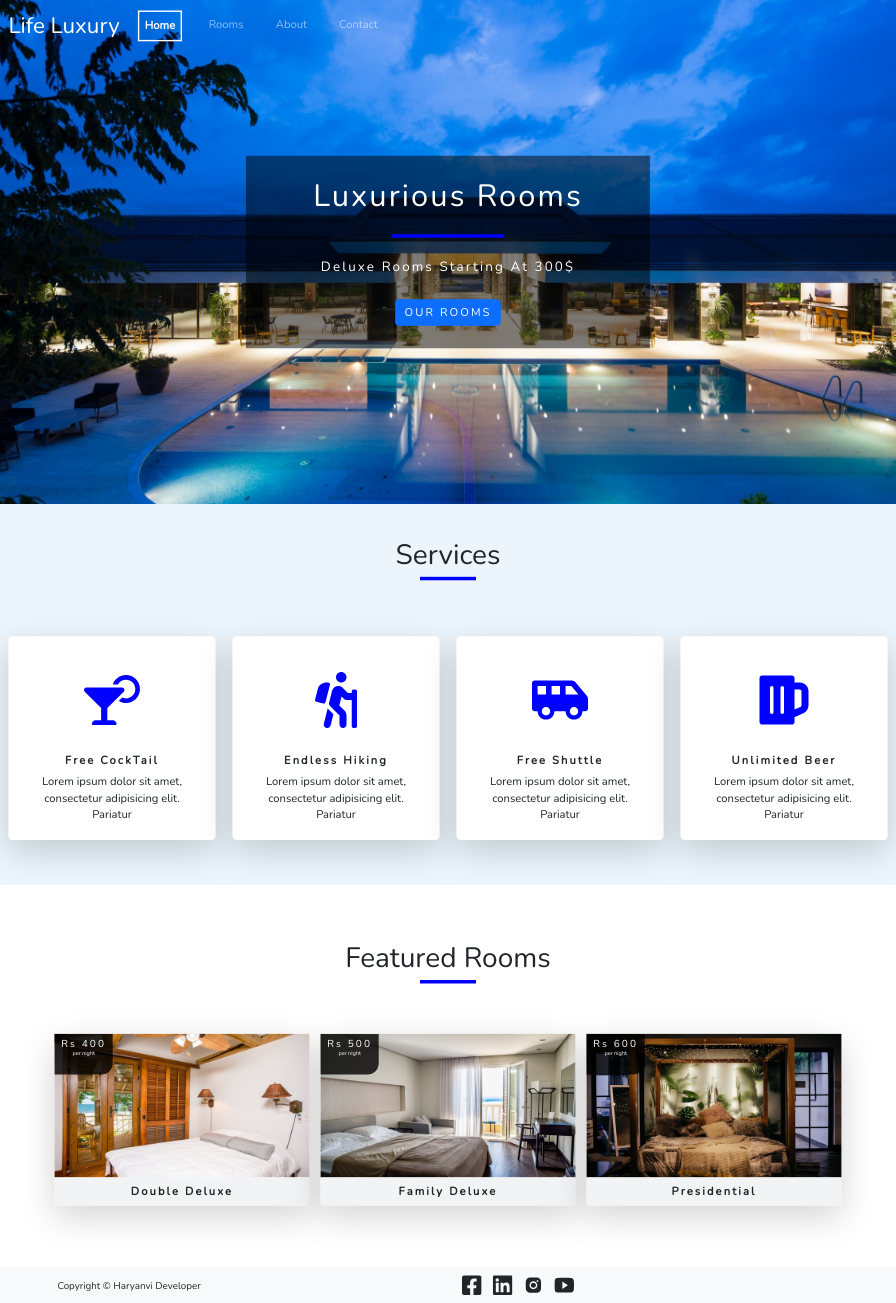
Repository: OmniaRafat232111121/Hotel-Booking-App
Page: /
These files come from the project's save history. The page is drawn as it stood at one moment and after a run of saves; the edit follows.
The browser window is 1280 px wide. The pictures show the whole page, at 70% of full size.
The project was rebuilt for these pictures with package versions that can differ from the ones it lists, and the page was loaded fresh each time. A package was used in the major version that the imports need, not the one package.json lists. Also part of the build but not shown: src/components/RoomsFilter.jsx, src/components/RoomsList.jsx, src/components/RoomsContainer.jsx, src/pages/Rooms.jsx, src/components/StyledHero.jsx, src/pages/SingleRoom.jsx, src/pages/Error.jsx, src/pages/About.jsx and 2 more.

Above is the page before, as saved 2022-07-29 21:40:42.

### public/index.html
<!DOCTYPE html>
<html lang="en">
  <head>
    <meta charset="utf-8" />
    <link rel="icon" href="%PUBLIC_URL%/favicon.ico" />
    <meta name="viewport" content="width=device-width, initial-scale=1" />
    <meta name="theme-color" content="#000000" />
    <meta
      name="description"
      content="Web site created using create-react-app"
    />
    <link rel="apple-touch-icon" href="%PUBLIC_URL%/logo192.png" />
    <link rel="manifest" href="%PUBLIC_URL%/manifest.json" />
    <title>Hotel Room Booking React app</title>
    <link href="https://fonts.googleapis.com/css2?family=Nunito&display=swap" rel="stylesheet">
  </head>
  <body>
    <noscript>You need to enable JavaScript to run this app.</noscript>
    <div id="root"></div>
  </body>
</html>

### src/index.js
import React from 'react';
import ReactDOM from 'react-dom';
import App from './App';
import './index.css'
import * as serviceWorker from './serviceWorker';
import {RoomProvider} from './context'
ReactDOM.render(
  <React.StrictMode>
  <RoomProvider>
     <App />
  </RoomProvider>
  </React.StrictMode>,
  document.getElementById('root')
);

serviceWorker.unregister();

### src/App.js
import React from 'react';
import './App.css';
import '../node_modules/bootstrap/dist/css/bootstrap.min.css';
import '../node_modules/bootstrap/dist/js/bootstrap.min.js';
import { BrowserRouter, Route, Switch } from "react-router-dom";
import Home from './pages/Home';
import Rooms from './pages/Rooms';
import SingleRoom from './pages/SingleRoom';
import Error from './pages/Error';
import Navbar from './components/Navbar';
import About from './pages/About';
import Footer from './components/Footer';
import Contact from './pages/Contact';
import Booknow from './pages/Booknow';

function App() {
  return (
    <div className="App">
      <BrowserRouter>
        <Navbar/>
        <Switch>
          <Route exact path="/" component={Home} />
          <Route exact path="/about" component={About} />
          <Route exact path="/contact" component={Contact} />
          <Route exact path="/rooms/" component={Rooms}/>
          <Route exact path="/rooms/:slug" component={SingleRoom} />
          <Route exact path="/booknow/:slug" component={Booknow} />
          <Route component={Error}/>
        </Switch>
        <Footer/>
      </BrowserRouter>
    </div>
  );
}

export default App;

### src/App.css
@import url('https://fonts.googleapis.com/css2?family=Nunito&display=swap');
body {
  margin: 0;
  padding: 0;
  font-family: 'Nunito', sans-serif;
}
* {
  margin: 0;
  padding: 0;
  box-sizing: border-box;
}
:root {
  --primaryColor: #0000ff;
  --mainWhite: #fff;
  --offWhite: #f7f7f7;
  --mainBlack: #222;
  --mainGrey: #ececec;
  --darkGrey: #cfcfcf;
  --mainTransition: all 0.3s linear;
  --mainSpacing: 3px;
  --lightShadow: 2px 5px 3px 0px rgba(0, 0, 0, 0.5);
  --darkShadow: 4px 10px 5px 0px rgba(0, 0, 0, 0.5);
}
/* globals */
h1 {
  font-size: 3em;
  line-height: 1;
  margin-bottom: 0.5em;
}
h2 {
  font-size: 2em;
  margin-bottom: 0.75em;
}
h3 {
  font-size: 1.5em;
  line-height: 1;
  margin-bottom: 1em;
}
h4 {
  font-size: 1.2em;
  line-height: 1.25;
  margin-bottom: 1.25em;
}
h5 {
  font-size: 1em;
  font-weight: bold;
  margin-bottom: 1.5em;
}
h6 {
  font-size: 1em;
  font-weight: bold;
  margin-bottom: 1.5em;
}

.btn-primary {
  display: inline-block;
  text-decoration: none;
  letter-spacing: var(--mainSpacing);
  color: var(--mainBlack);
  background: var(--primaryColor);
  padding: 0.4rem 0.9rem;
  border: 3px solid var(--primaryColor);
  transition: var(--mainTransition);
  text-transform: uppercase;
  cursor: pointer;
}
.btn-warning {
  display: inline-block;
  text-decoration: none;
  letter-spacing: var(--mainSpacing);
  color: var(--mainBlack);
  background: var(--primaryColor);
  padding: 0.4rem 0.9rem;
  border: 3px solid var(--primaryColor);
  transition: var(--mainTransition);
  text-transform: uppercase;
  cursor: pointer;
}
.btn-primary:hover{
  text-decoration: none;
  background: transparent!important;
  color: #fff!important;
}
.btn-warning:hover{
  text-decoration: none;
  background: transparent!important;
  color: yellow!important;
}
.loading {
  text-transform: capitalize;
  text-align: center;
  margin-top: 3rem;
}
.roomerror{
  margin-top: 100px;
}
.roomerror:hover .error{
  background-color: #2C3E50;
  color: #ffffff!important;
}
.error {
  text-align: center;
  text-transform: uppercase;
  margin: 2rem 0;
}
.empty-search {
  text-align: center;
  text-transform: capitalize;
  margin: 2rem 0;
  padding: 1rem;
  letter-spacing: var(--mainSpacing);
}

/* end of globals */
/* Navbar */
.nav-link{
  padding: 8px 15px;
  margin-left: 10px;
  margin-right: 20px;
  font-size: 18px;
  text-align: center;
  border: 2px solid transparent;
  transition: .5s linear;
  font-weight: 800;
  -webkit-transition: .5s linear;
  -moz-transition: .5s linear;
  -ms-transition: .5s linear;
  -o-transition: .5s linear;
}
.bg-transparent.scrolled {
  background-color: black!important;
  transition:500ms ease;
}

.navbar-brand{
  font-size: 32px!important;
  color: #ffffff!important;
}
.nav-link:hover{
  color: #ffffff;
  border-bottom: 2px solid #ffffff;
}
.nav-link.active_class{
color: #ffffff;
border: 2px solid #ffffff;
font-weight: 800;
}

.form-control{
border: 2px solid #000;
}
.form-control:focus,
.form-control.active {
  border: 2px solid #000000!important;
}
textarea:focus,
textarea.form-control:focus,
input.form-control:focus,
input[type=text]:focus,
input[type=password]:focus,
input[type=email]:focus,
input[type=number]:focus,
[type=text].form-control:focus,
[type=password].form-control:focus,
[type=email].form-control:focus,
[type=tel].form-control:focus,
[contenteditable].form-control:focus {
box-shadow: inset 0 -1px 0 #ddd;
}


/* end of navbar */
/* Hero */
.defaultHero,
.roomsHero {
  min-height: calc(100vh - 0px);
  background: url("./images/defaultBcg.jpg") center/cover no-repeat;
  display: flex;
  align-items: center;
  justify-content: center;
  position: relative;
}
.roomsHero {
  background-image: url("./images/room-2.jpg");
  min-height: calc(100vh - 0px);
}
.singleRoom {
  background-image: url("./images/room-3.jpeg");
  min-height: calc(100vh - 0px);
}
.roomsError{
  background-image: url("./images/error.jpg");
  min-height: calc(100vh - 0px);
}
.lost{
  font-size: 44px;
  color: yellow;
  text-align: center;
}
/* End of Hero */
/* Banner */
.banner {
  display: inline-block;
  position: absolute!important;
  background: rgba(0, 0, 0, 0.5)!important;
  color: var(--mainWhite);
  text-align: center;
  text-transform: capitalize;
  letter-spacing: var(--mainSpacing);
  top: 50%;
  left: 50%;
  transform: translate(-50%, -50%);
}
.banner h1 {
  font-size: 44px!important;
}
.banner div {
  width: 10rem;
  height: 5px;
  background: var(--primaryColor);
  margin: 1.7rem auto;
}
.banner p {
  font-size: 1.2rem;
  margin-bottom: 2rem;
}
@media screen and (max-width: 576px) {
  .banner {
    padding: 2rem 3rem!important
  }
  .banner h1 {
    font-size: 32px!important;
  }
}
@media screen and (min-width: 992px) {
  .banner {
    padding: 2rem 6rem;
  }
  .banner h1 {
    font-size: 4rem;
  }
}
/* End of Banner */
/* Title */
.section-title {
  text-align: center;
  margin-bottom: 4rem;
}
.section-title h4 {
  font-size: 2rem;
  letter-spacing: var(--mainSpacing);
  text-transform: capitalize;
  margin-bottom: 1rem;
}
.section-title div {
  width: 5rem;
  height: 5px;
  margin: 0 auto;
  background: var(--primaryColor);
}
/* end of Title */

/* services */
.services {
  padding: 3rem 0;
}
.services {
  background: #EBF5FB;
  text-align: center;
}

.service span {
  display: inline-block;
  color: var(--primaryColor);
  font-size: 80px;
  margin-bottom: 1.5rem;
  transition: 1s linear;
  -webkit-transition: 1s linear;
  -moz-transition: 1s linear;
  -ms-transition: 1s linear;
  -o-transition: 1s linear;
}
.services span:hover{
  transform: rotate(360deg);
  -webkit-transform: rotate(360deg);
  -moz-transform: rotate(360deg);
  -ms-transform: rotate(360deg);
  -o-transform: rotate(360deg);
}
.services h6 {
  letter-spacing: var(--mainSpacing);
  font-weight: 1000;
  text-transform: capitalize;
}
.services p {
  width: 80%;
  margin: 0 auto;
}
@media screen and (min-width: 992px) {
  .services-center {
    width: 95vw;
    max-width: 1170px;
  }
}

@media screen and (min-width: 1200px) {
  .services p {
    width: 100%;
  }
}
/*end of services */
/* featured rooms */

.featured-rooms {
  padding: 5rem 0;
}

/* end pf featured rooms */
/* room */
.room {
  transition: 0.4s linear;
  -webkit-transition: 0.4s linear;
  -moz-transition: 0.4s linear;
  -ms-transition: 0.4s linear;
  -o-transition: 0.4s linear;
  position: relative;
}
.room:hover {
  box-shadow: 0px 9px 18px rgba(0, 0, 0, 0.5)!important;
}

.price-top {
  position: absolute;
  top: 0;
  left: 0;
  background: rgba(0, 0, 0, 0.8);
  color: var(--mainWhite);
  padding: 0.3rem 0.6rem 0.5rem;
  border-bottom-right-radius: 1rem;
  font-size: 0.5rem;
  text-align: center;
  transition: 0.4s linear;
  -webkit-transition: 0.4s linear;
  -moz-transition: 0.4s linear;
  -ms-transition: 0.4s linear;
  -o-transition: 0.4s linear;
}
.price-top h6 {
  margin-bottom: 0;
  font-size: 0.9rem;
  font-weight: 300;
  letter-spacing: var(--mainSpacing);
}
.room-link {
  position: absolute;
  bottom: 0;
  right: 0;
  opacity: 0;
  transition: all 0.3s linear;
}
.room:hover {
  background: rgba(0, 0, 0, 0.8);
}
.room:hover img {
  opacity: 0.3;
}
.room:hover .price-top {
  opacity: 0;
}
.room:hover .room-link {
  opacity: 1;
  transform: translate(-90%, -200%) scale(1);
  -webkit-transform: translate(-90%, -200%) scale(1);
  -moz-transform: translate(-90%, -200%) scale(1);
  -ms-transform: translate(-90%, -200%) scale(1);
  -o-transform: translate(-90%, -200%) scale(1);
}
.room-info {
  background: #F2F3F4;
  text-transform: capitalize;
  padding: 0.5rem 0;
  text-align: center;
  font-weight: 700;
  letter-spacing: var(--mainSpacing);
  margin-bottom: 0;
}
/* end of room  */
/* single room*/

.single-room {
  padding: 5rem 0 0 0;
}
.single-room-images {
  width: 80vw;
  margin: 0 auto;
  display: grid;
  grid-template-columns: repeat(auto-fit, minmax(350px, 1fr));
  grid-row-gap: 2rem;
  grid-column-gap: 50px;
}
.single-room-images img {
  width: 100%;
  display: block;
}
.single-room-info {
  width: 80vw;
  display: grid;
  grid-template-columns: 1fr;
  margin: 2rem auto;
}
.desc,
.info {
  margin: 1rem 0;
}
.desc h3 {
  text-transform: capitalize;
  letter-spacing: var(--mainSpacing);
}
.desc p {
  line-height: 1.5;
}
.info h3,
.info h6 {
  text-transform: capitalize;
  letter-spacing: var(--mainSpacing);
}

.info h6 {
  font-weight: 300;
}
.room-extras {
  width: 80vw;
  margin: 0 auto 3rem auto;
}
.room-extras h6 {
  text-transform: capitalize;
  letter-spacing: var(--mainSpacing);
}
.extras {
  list-style-type: none;
  display: grid;
  grid-template-columns: repeat(auto-fit, minmax(330px, 1fr));
  grid-column-gap: 2rem;
  grid-row-gap: 1rem;
}
@media screen and (min-width: 992px) {
  .single-room-images,
  .single-room-info,
  .room-extras {
    width: 95vw;
    max-width: 1170px;
  }
  .single-room-info {
    display: grid;
    grid-template-columns: 1fr 1fr;
    grid-column-gap: 2rem;
  }
  .info {
    padding-left: 3rem;
  }
}
/* end of single room*/
/* roomlist */
.roomslist {
  padding: 5rem 0;
}
.roomslist-center {
  width: 80vw;
  margin: 0 auto;
  display: grid;
  grid-template-columns: repeat(auto-fill, minmax(270px, 1fr));
  grid-row-gap: 2rem;
  grid-column-gap: 30px;
}

@media screen and (min-width: 776px) {
  .roomslist-center {
    width: 90vw;
  }
}
@media screen and (min-width: 992px) {
  .roomslist-center {
    width: 95vw;
    max-width: 1170px;
  }
}
/* end of roomlist */
/*  rooms fitler*/
/* .filter-container {
  padding: 5rem 0;
}

.form-group {
  text-transform: capitalize;
}
.form-group label {
  display: block;
  letter-spacing: var(--mainSpacing);
  margin-bottom: 0.5rem;
} */

.single-extra label {
  display: inline-block;
  font-size: 0.8rem;
  margin-left: 0.5rem;
}

/* end of rooms fitler*/

/* aboutus */

.aboutus,.contact{
  margin-top: 100px!important;
}
.about_company,.team{
  padding: 60px 30px;
}
.about_info{
  letter-spacing: 40;
}
.carousel-inner{
  min-height: 400px!important;
  max-height: 400px!important;
}
.connect{
  font-size: 44px!important;
  padding: 5px 8px;
}
/* end of about us */

### src/pages/Home.jsx
import React from 'react'
import Hero from '../components/Hero';
import Banner from '../components/Banner';
import { Link } from 'react-router-dom';
import Services from '../components/Services';
import FeaturedRooms from '../components/FeaturedRooms';

export default function Home() {
    return (
        <>
         <Hero hero="defaultHero">
     </Hero>
        <Banner title="Luxurious Rooms" subtitle="deluxe rooms starting at 300$">
                <Link to="/rooms" className="btn btn-primary">
                      Our Rooms
                </Link>
        </Banner>
        <Services/>
        <FeaturedRooms/>
        </>

    )
}

### src/components/Navbar.jsx
import React from 'react';
import {NavLink} from 'react-router-dom';
import { FaAlignRight } from 'react-icons/fa';
import jquery from 'jquery';

// for changing navbar  color
jquery(window).scroll(function() {
jquery('nav').toggleClass('scrolled', jquery(this).scrollTop() > 0);
})

const Navbar = () => {
    return (
    <>
        <nav className="navbar navbar-expand-sm navbar-dark bg-transparent py-2 fixed-top">
            <div className="container-fluid ">
                <span className="navbar-brand font-weight-bolder">Life Luxury</span>
                <a href="void(0)" className="navbar-toggler border-0" data-toggle="collapse" data-target="#navbarSupportedContent" aria-controls="navbarSupportedContent" aria-expanded="false" aria-label="Toggle navigation">
                    <span>
                        <FaAlignRight className="nav-icon" /></span>
                </a>
                <div className="collapse navbar-collapse" id="navbarSupportedContent">
                    <ul className="navbar-nav ml-auto">
                        <li className="nav-item">
                            <NavLink className="nav-link" activeClassName="active_class" exact to="/">Home</NavLink>
                        </li>
                        <li className="nav-item">
                            <NavLink className="nav-link" activeClassName="active_class" exact to="/rooms">Rooms</NavLink>
                        </li>
                        <li className="nav-item">
                            <NavLink className="nav-link" activeClassName="active_class" exact to="/about">About</NavLink>
                        </li>
                        <li className="nav-item">
                            <NavLink className="nav-link" activeClassName="active_class" exact to="/contact">Contact</NavLink>
                        </li>
                    </ul>
                </div>
            </div>
        </nav>
    </>
    );
}
export default Navbar;

### src/components/Footer.jsx
import React from 'react'
import { FaFacebookSquare,FaLinkedin } from 'react-icons/fa';
import {IoLogoYoutube} from 'react-icons/io';
import { AiFillInstagram } from 'react-icons/ai';

const Footer = () => {
    return (
        <footer id="sticky-footer" className="bg-light text-dark-50">
            <div className="container py-1">
                <div className="row">
                    <div className="col-md-6 col-12 my-auto">
                        <small>Copyright &copy; Haryanvi Developer</small>
                    </div>
                    <div className="col-md-6 col-12">
                        <div className="d-flex float-right">
                            <a href="https://www.facebook.com/HaryanviDeveloper/">
                                <FaFacebookSquare className="connect text-dark" /></a>
                            <a href="https://www.linkedin.com/in/lekhraj-kashyap-b1aa15139/">
                                <FaLinkedin className="connect text-dark" /></a>
                            <a href="https://www.instagram.com/haryanvideveloper_official/">
                                <AiFillInstagram className="connect text-dark" /></a>
                            <a href="https://www.youtube.com/channel/UCDGDXevsQo67KVkmjrd9ruQ?view_as=subscriber">
                                <IoLogoYoutube className="connect text-dark" /></a>
                        </div>
                    </div>
                </div>
            </div>
        </footer>
    )
}
export default Footer

### src/components/Hero.jsx
import React from 'react'

export default function Hero({childern, hero}) {
    return <header className={hero}>{childern}</header>;

}

Hero.defaulProps ={
    hero:"defaultHero"
};

### src/components/Banner.jsx
import React from 'react'

export default function Banner({ children , title , subtitle  }) {
    return (
        <div className="banner">
            <h1>{title}</h1>
            <div/>
            <p>{subtitle}</p>
            {children}
        </div>
    )
}

### src/components/Services.jsx
import React, { Component } from 'react'
import Title from './Title'
import {FaCocktail, FaHiking , FaShuttleVan,FaBeer} from 'react-icons/fa'

export default class Services extends Component {
    state={
        services:[
            {
                icon:<FaCocktail/>,
                title: "Free CockTail",
                info: "Lorem ipsum dolor sit amet, consectetur adipisicing elit. Pariatur"
            },
            {
                icon:<FaHiking/>,
                title: "Endless Hiking",
                info: "Lorem ipsum dolor sit amet, consectetur adipisicing elit. Pariatur"
            },
            {
                icon:<FaShuttleVan/>,
                title: "Free Shuttle",
                info: "Lorem ipsum dolor sit amet, consectetur adipisicing elit. Pariatur"
            },
            {
                icon:<FaBeer/>,
                title: "Unlimited Beer",
                info: "Lorem ipsum dolor sit amet, consectetur adipisicing elit. Pariatur"
            },

        ]
    }
    render() {
        return (
            <div className="container-fluid services">
             <Title title="Services" />
                <div className="row">
                   {this.state.services.map((item, index) => {
                      return(
                        <div className="col-md-4 col-lg-3 col-12 mx-auto my-3" key={index}>
                            <div className="card shadow-lg border-0 p-4">
                                <article className="service">
                                <span>{item.icon}</span>
                                <h6>{item.title}</h6>
                                <p>{item.info}</p>
                                </article>
                           </div>
                        </div>
                      )
                   })}
                </div>
            </div>
        )
    }
}

### src/components/FeaturedRooms.jsx
import React, { Component } from 'react'
import { RoomContext } from '../context'
import Loading from './Loading';
import Room from './Room';
import Title from './Title';

export default class FeaturedRooms  extends Component {
    static contextType = RoomContext;
    render() {
        let { loading, featuredRooms : rooms } = this.context;
        console.log(rooms);
        rooms = rooms.map(room => {
            return <Room key={room.id} room={room}/>
        });
        return (

            <section className="featured-rooms container">
                <Title  title="Featured Rooms" />
                <div className="row">
                  {loading ? <Loading/> : rooms}
                </div>
            </section>
        )
    }
}

### src/components/Title.jsx
import React from 'react'

export default function Title({title}) {
    return (
        <div className="section-title">
            <h1>{title}</h1>
            <div/>
        </div>
    )
}

### src/components/Loading.js
import React from 'react'
import loadingGif from '../images/gif/loading-arrow.gif';
export default function Loading() {
    return (
        <div className="loading">
           <h4>Rooms data loading...</h4>
           <img  src={loadingGif} alt="loading please wait"/>
        </div>
    )
}

### src/components/Room.jsx
import React from 'react';
import {Link} from 'react-router-dom';
import defaultImg from '../images/room-1.jpeg';
import PropTypes from 'prop-types';

export default function Room({room}) {
    const { name , slug, images, price } = room;
    return (
        <div className="col-md-4 col-12 mx-auto p-2">
            <div className="card shadow-lg border-0 room">
                <img src={images[0] || defaultImg} alt="single room" className="img-fluid"/>
                <div className="price-top">
                    <h6>Rs {price}</h6>
                    <p>per night</p>
                </div>
                <Link to={`/rooms/${slug}`} className="btn-warning room-link text-center" >Features</Link>
              <p className="room-info">{name}</p>
            </div>
        </div>
    )
}

Room.propTypes = {
    room: PropTypes.shape({
        name:PropTypes.string.isRequired,
        slug:PropTypes.string.isRequired,
        images:PropTypes.arrayOf(PropTypes.string).isRequired,
        price:PropTypes.number.isRequired,
    })
}

Loaded but not shown: src/index.css (common file); src/data.js (760 lines, source omitted); src/serviceWorker.js (130 lines, source omitted); src/context.js (116 lines, source omitted)

After the next 2 saves:
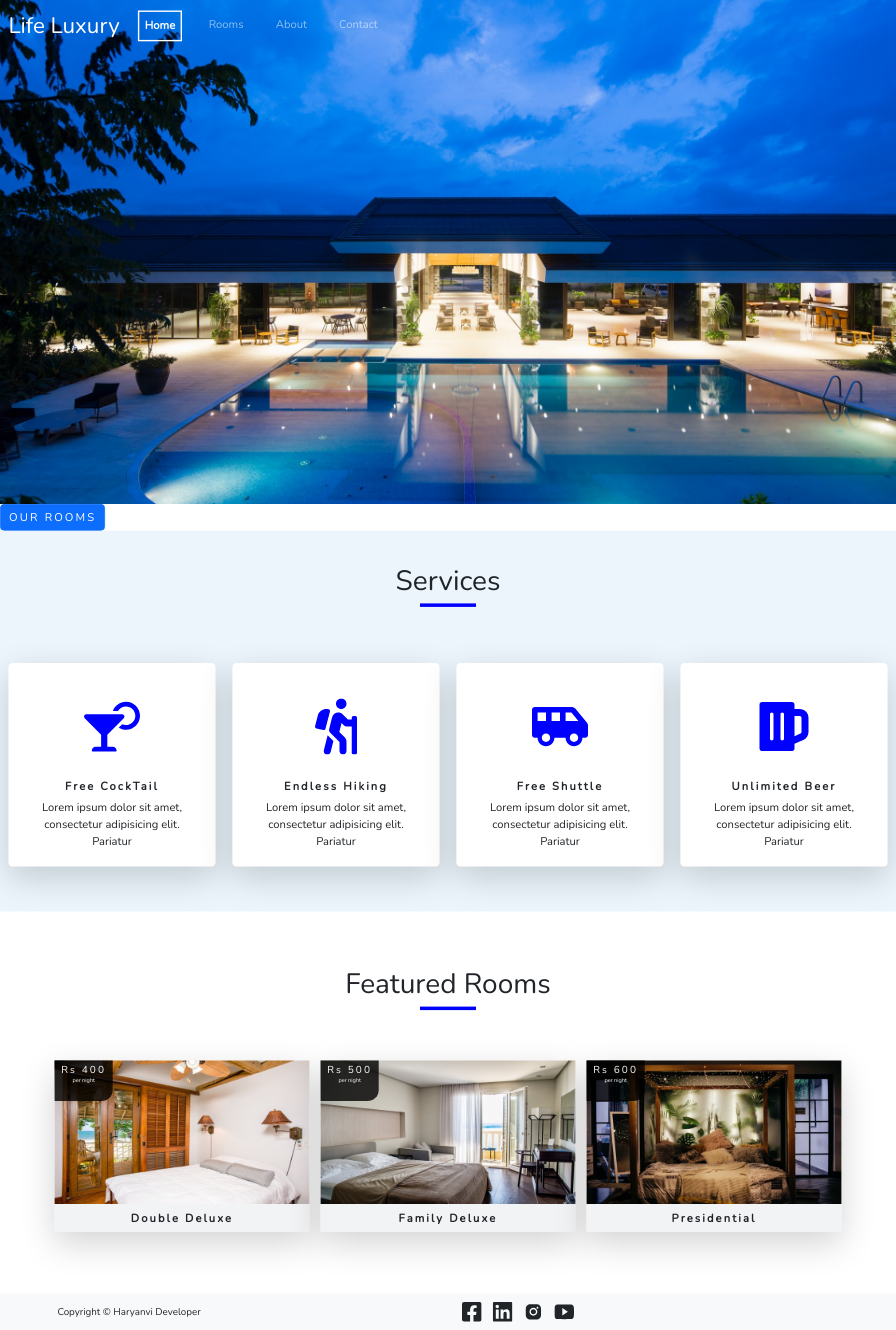
The 2 saves are shown as one change because they came seconds apart.
The last was saved 53 s later.
--- a/src/pages/Home.jsx
+++ b/src/pages/Home.jsx
@@ -10,11 +10,11 @@ export default function Home() {
         <>
          <Hero hero="defaultHero">
      </Hero>
-        <Banner title="Luxurious Rooms" subtitle="deluxe rooms starting at 300$">
+
                 <Link to="/rooms" className="btn btn-primary">
                       Our Rooms
                 </Link>
-        </Banner>
+
         <Services/>
         <FeaturedRooms/>
         </>
